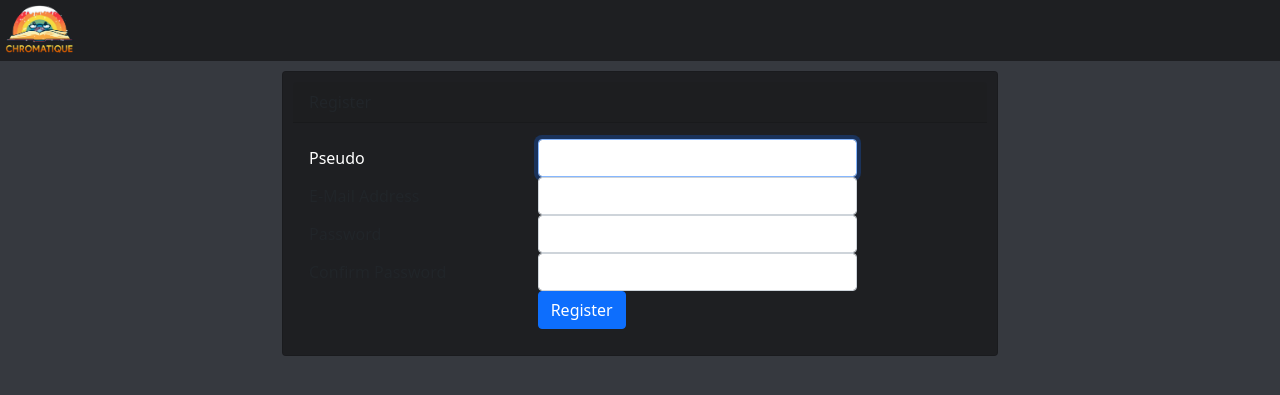
Repository: Codesieg/Chromatique
Page: http://localhost/register
An editor plug-in stored every save of this project. The page is shown before and after the next save, followed by the edit.
The browser window is 1280 px wide. The pictures show the whole page.
Some icons come from a web library that is not loaded, so they are not drawn. The page is served by the project's Laravel application, run on PHP 8.4 with Laravel 8.

Above is the page before, as saved 2021-07-02 13:41:58.

After the next save:
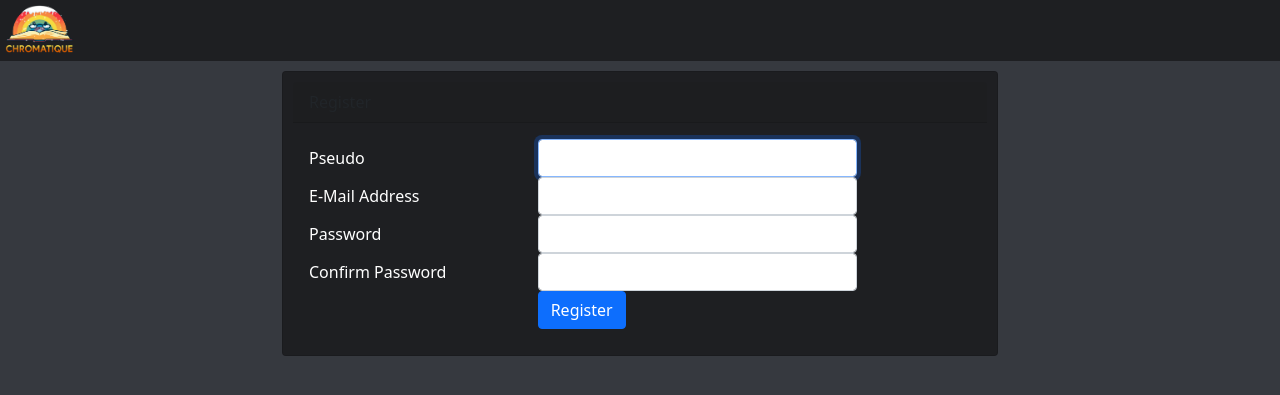
Saved 32 s later.
--- a/chromatique/resources/views/auth/register.blade.php
+++ b/chromatique/resources/views/auth/register.blade.php
@@ -26,7 +26,7 @@
                         </div>
 
                         <div class="form-group row">
-                            <label for="email" class="col-md-4 col-form-label text-md-right">{{ __('E-Mail Address') }}</label>
+                            <label for="email" class="col-md-4 col-form-label text-md-right white">{{ __('E-Mail Address') }}</label>
 
                             <div class="col-md-6">
                                 <input id="email" type="email" class="form-control @error('email') is-invalid @enderror" name="email" value="{{ old('email') }}" required autocomplete="email">
@@ -40,7 +40,7 @@
                         </div>
 
                         <div class="form-group row">
-                            <label for="password" class="col-md-4 col-form-label text-md-right">{{ __('Password') }}</label>
+                            <label for="password" class="col-md-4 col-form-label text-md-right white">{{ __('Password') }}</label>
 
                             <div class="col-md-6">
                                 <input id="password" type="password" class="form-control @error('password') is-invalid @enderror" name="password" required autocomplete="new-password">
@@ -54,7 +54,7 @@
                         </div>
 
                         <div class="form-group row">
-                            <label for="password-confirm" class="col-md-4 col-form-label text-md-right">{{ __('Confirm Password') }}</label>
+                            <label for="password-confirm" class="col-md-4 col-form-label text-md-right white">{{ __('Confirm Password') }}</label>
 
                             <div class="col-md-6">
                                 <input id="password-confirm" type="password" class="form-control" name="password_confirmation" required autocomplete="new-password">
